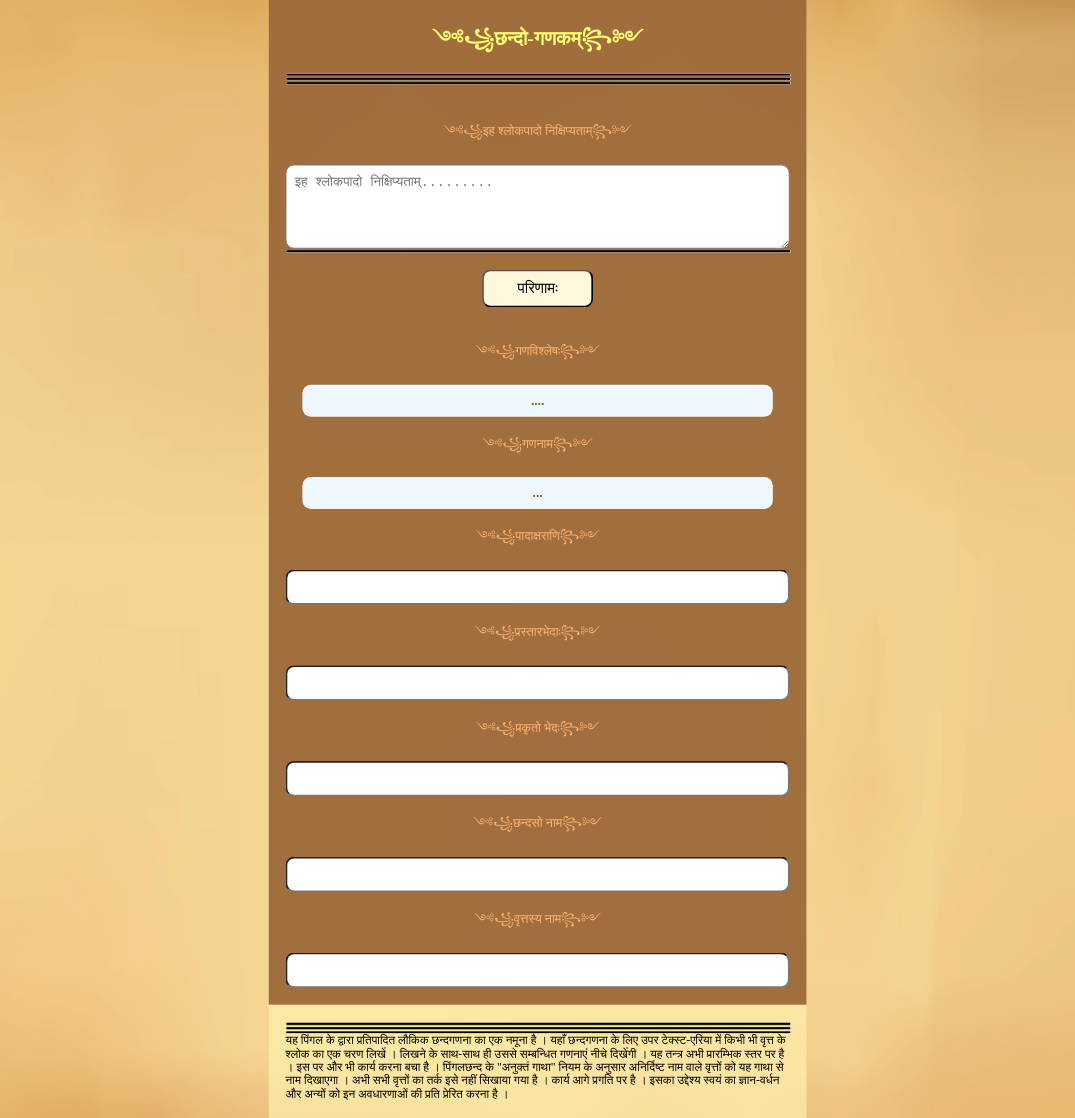
Repository: arshavak/pingala_chhand_shastram
Page: index.html
An editor plug-in stored every save of this project. The page is shown before and after the next save, followed by the edit.
The browser window is 1280 px wide. The pictures show the whole page, at 84% of full size.

Above is the page before, as saved 2024-10-20 16:51:03.

After the next save:
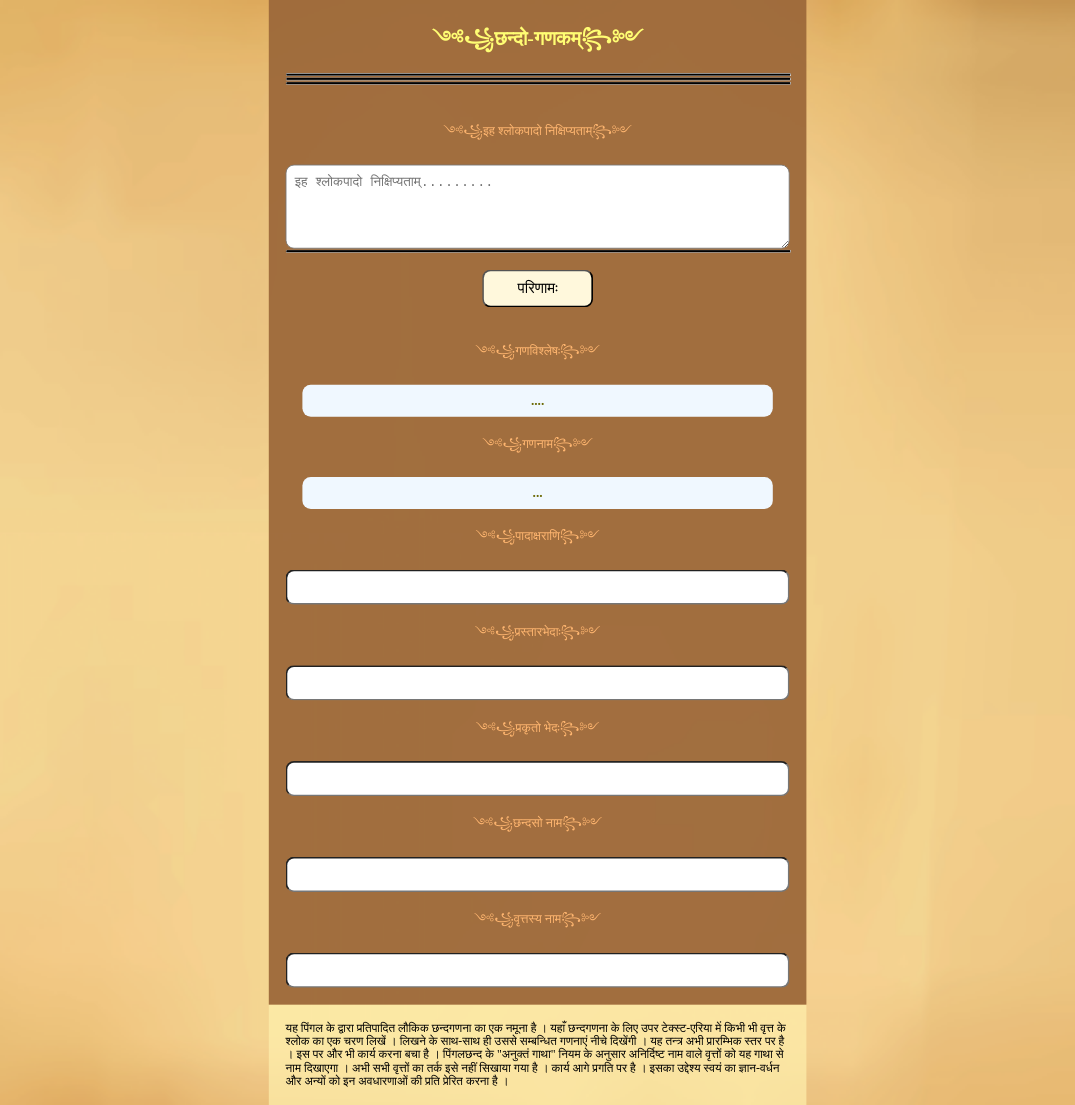
Saved 14 s later.
--- a/index.html
+++ b/index.html
@@ -38,7 +38,7 @@
 </div>
 
 <div class="vivaran">
-    <hr><hr><hr>
+
  <p>
      यह पिंगल के द्वारा प्रतिपादित लौकिक छन्दगणना का एक नमूना है ।
      यहाँ छन्दगणना के लिए उपर टेक्स्ट-एरिया में किभी भी वृत्त के  श्लोक का एक चरण लिखें । लिखने के साथ-साथ ही उससे सम्बन्धित गणनाएं नीचे  दिखेंगी । यह तन्त्र अभी प्रारम्भिक स्तर पर है । इस पर और भी कार्य करना बचा है । पिंगलछन्द के "अनुक्तं गाथा" नियम के अनुसार अनिर्दिष्ट नाम वाले वृत्तों  को यह गाथा से नाम दिखाएगा । अभी सभी वृत्तों का तर्क इसे नहीं सिखाया गया है । कार्य आगे प्रगति पर है । इसका उद्देश्य स्वयं का ज्ञान-वर्धन और अन्यों को इन अवधारणाओं की प्रति प्रेरित करना है ।
